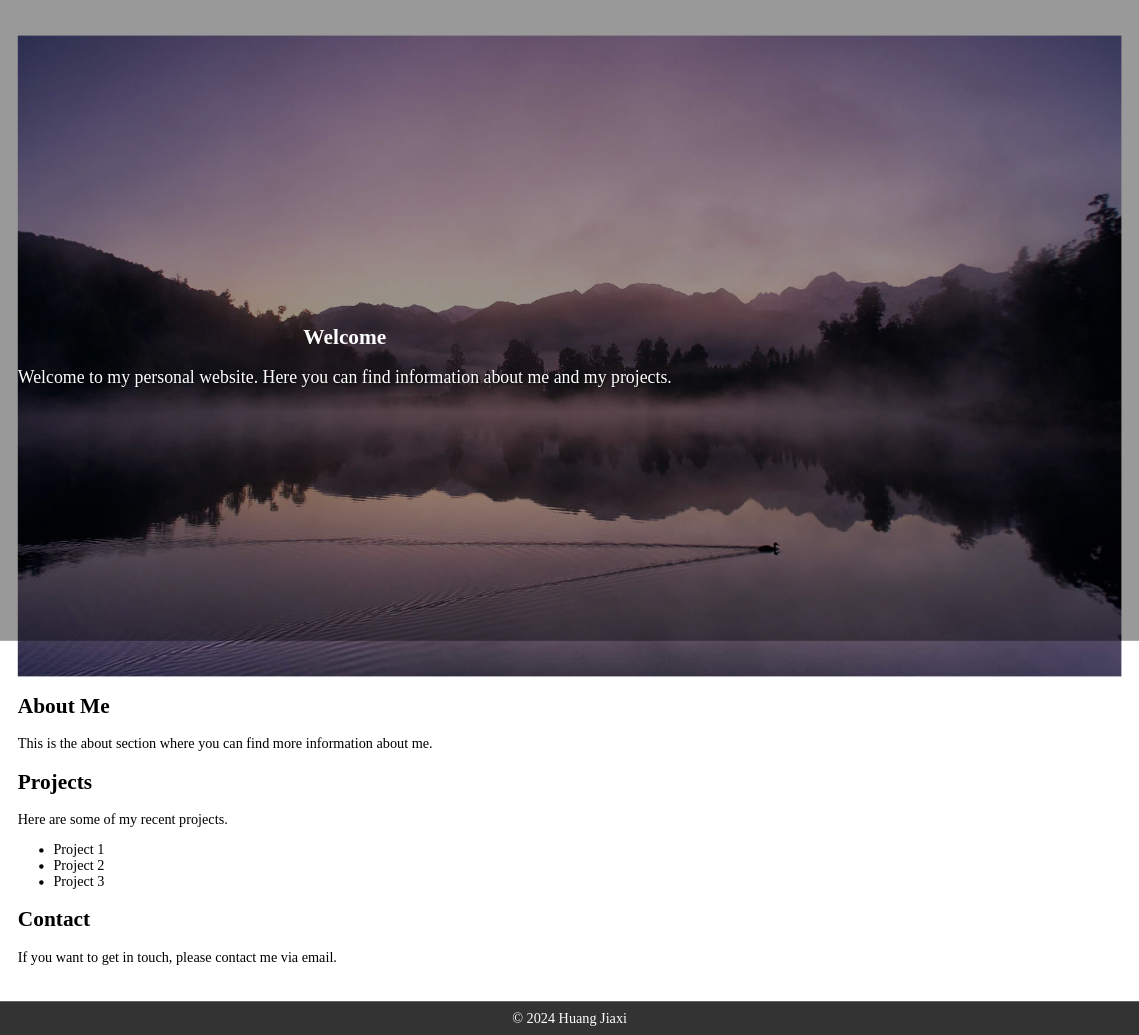
Repository: cydxf/cydxf.github.io
Page: index.html
An editor plug-in stored every save of this project. The page is shown before and after the next save, followed by the edit.
The browser window is 1280 px wide. The pictures show the whole page, at 89% of full size.

Above is the page before, as saved 2024-08-02 01:45:23.

### index.html
<!DOCTYPE html>
<html lang="en">
<head>
    <meta charset="UTF-8">
    <meta name="viewport" content="width=device-width, initial-scale=1.0">
    <title>My Personal Website</title>
    <link rel="stylesheet" href="css/styles.css">
</head>
<body>
    <main>
        <section id="home" class="hero">
            <div class="hero-content">
                <h2>Welcome</h2>
                <p>Welcome to my personal website. Here you can find information about me and my projects.</p>
            </div>
        </section>
        <section id="about">
            <h2>About Me</h2>
            <p>This is the about section where you can find more information about me.</p>
        </section>
        <section id="projects">
            <h2>Projects</h2>
            <p>Here are some of my recent projects.</p>
            <ul>
                <li>Project 1</li>
                <li>Project 2</li>
                <li>Project 3</li>
            </ul>
        </section>
        <section id="contact">
            <h2>Contact</h2>
            <p>If you want to get in touch, please contact me via email.</p>
        </section>
    </main>
    <footer>
        <p>&copy; 2024 Huang Jiaxi</p>
    </footer>
    <script src="js/script.js"></script>
    </head>
</body>
</html>

### css/styles.css
body, html {
    margin: 0;
    padding: 0;
    height: 100%;
    width: 100%;
}

.hero {
    position:inherit;
    width: 100%;
    height: 100vh; /* Viewport height */
    left: 0;
    top: 0;
    background-image: url('../resource/image/1.png'); /* 首页大图  */
    background-size: cover;
    background-position: center;
    background-repeat: no-repeat;
    color: #fff;
    display: flex;
    justify-content: left;
    align-items: center;
    text-align: center;
    color: #fff;
}

.hero:before{
    content: '';
    position: absolute;
    top: 0;
    left: 0;
    width: 100%;
    height: 100%;
    background: rgba(0, 0, 0, 0.4);
    z-index: 1;
}

.hero-content {
    position: relative;
    z-index: 2;
}

.hero h1 {
    font-size: 3rem; /* 适当调整标题字体大小 */
    margin: 0;
    padding: 0;
    text-shadow: 2px 2px 4px rgba(0, 0, 0, 0.7); /* 添加文本阴影使其更清晰 */
}

.hero p {
    font-size: 1.25rem; /* 适当调整副标题字体大小 */
    margin-top: 0.5rem;
    text-shadow: 1px 1px 3px rgba(0, 0, 0, 0.7); /* 添加文本阴影使其更清晰 */
}

main {
    padding: 20px;
}

section {
    margin: 20px 0;
}

footer {
    background: #333;
    color: #fff;
    text-align: center;
    padding: 10px;
}

footer p {
    margin: 0;
}

### js/script.js
document.addEventListener("DOMContentLoaded", function() {
    const links = document.querySelectorAll("nav ul li a");

    links.forEach(link => {
        link.addEventListener("click", function(event) {
            event.preventDefault();
            const targetId = this.getAttribute("href").substring(1);
            const targetSection = document.getElementById(targetId);
            window.scrollTo({
                top: targetSection.offsetTop,
                behavior: "smooth"
            });
        });
    });
});

After the next save:
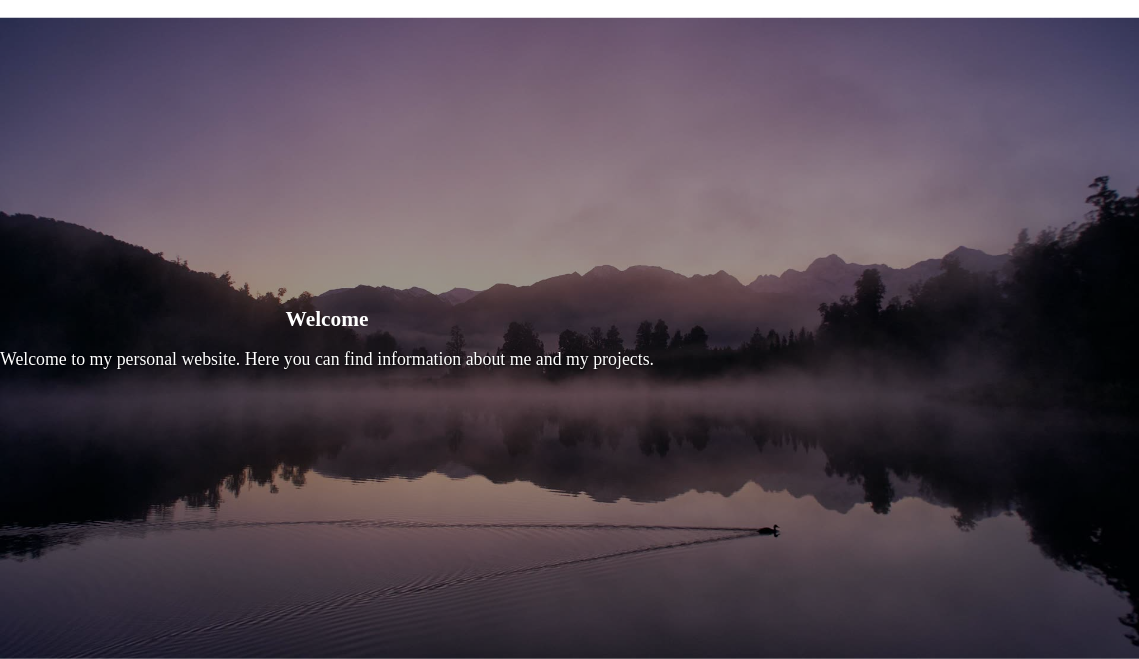
Saved 4 s later.
--- a/css/styles.css
+++ b/css/styles.css
@@ -6,7 +6,7 @@ body, html {
 }
 
 .hero {
-    position:inherit;
+    position:absolute;
     width: 100%;
     height: 100vh; /* Viewport height */
     left: 0;
